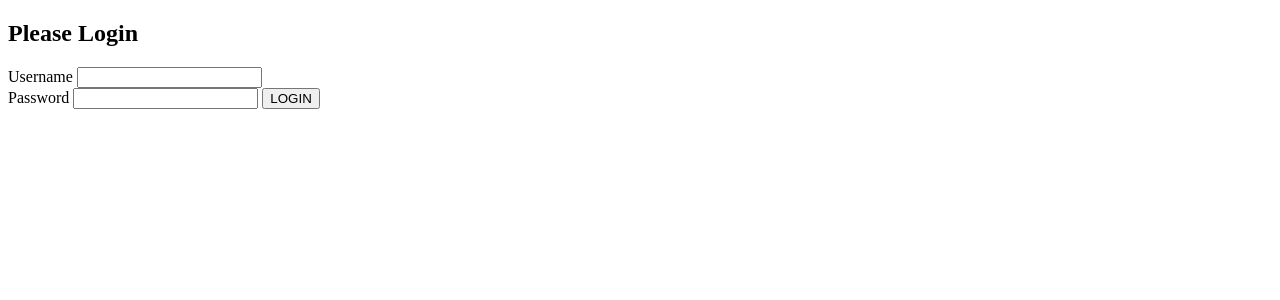
Repository: 1807-mehrab/project-1-KyleAButterfield
Page: ERSK/ERSK/src/main/webapp/Index.html
The author's editor kept a copy of each file at every save. The page is drawn from the files as they stood at one save, then again after the next save.
The browser window is 1280 px wide. The pictures show the whole page.

Above is the page before, as saved 2018-07-29 15:10:13.

After the next save:
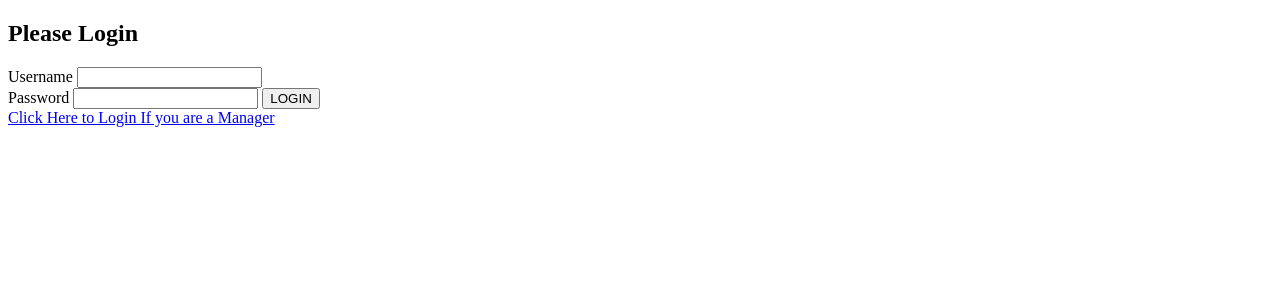
Saved 36 min 40 s later.
--- a/ERSK/ERSK/src/main/webapp/Index.html
+++ b/ERSK/ERSK/src/main/webapp/Index.html
@@ -15,7 +15,8 @@
 		<input type="password" name="password">
 		<input type="submit" value="LOGIN">
 
-
+		<br>
+		<a href="ManagerLogin">Click Here to Login If you are a Manager</a>
 	</form>
 
 
